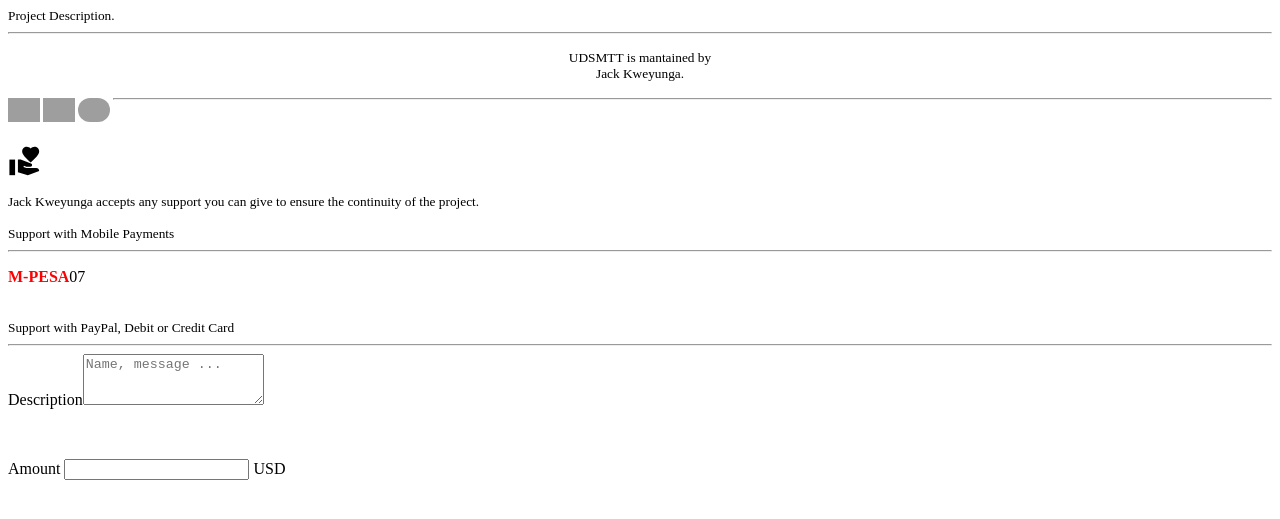
Repository: jackkweyunga/jek-mobile-timetable-v2
Page: src/modules/html/tmb-leftSN.html
These files come from the project's save history. The page is drawn as it stood at one moment and after the next save; the edit follows.
The browser window is 1280 px wide. The pictures show the whole page.
Pictures or frames that could not be fetched are drawn as grey boxes.

Above is the page before, as saved 2021-11-23 04:46:10.

After the next save:
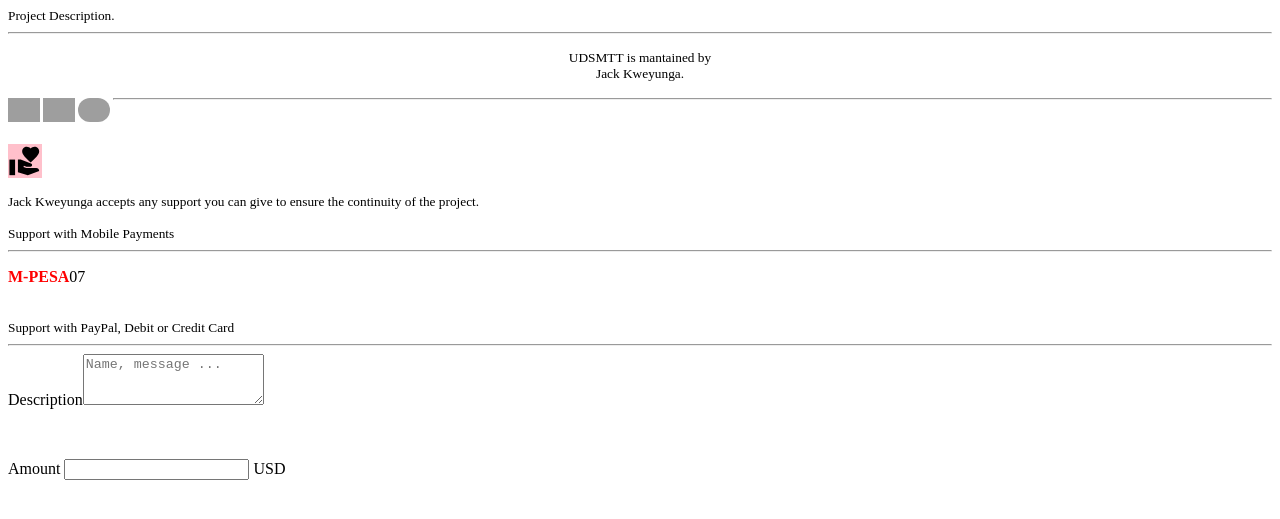
Saved 21 s later.
--- a/src/modules/html/tmb-leftSN.html
+++ b/src/modules/html/tmb-leftSN.html
@@ -27,7 +27,7 @@
   <br>
   <br>
 
-  <svg style="color: pink;" xmlns="http://www.w3.org/2000/svg" enable-background="new 0 0 24 24" height="34px" viewBox="0 0 24 24"
+  <svg style="background-color: pink;" xmlns="http://www.w3.org/2000/svg" enable-background="new 0 0 24 24" height="34px" viewBox="0 0 24 24"
     width="34px" fill="#000000">
     <g>
       <rect fill="none" height="24" width="24" />
